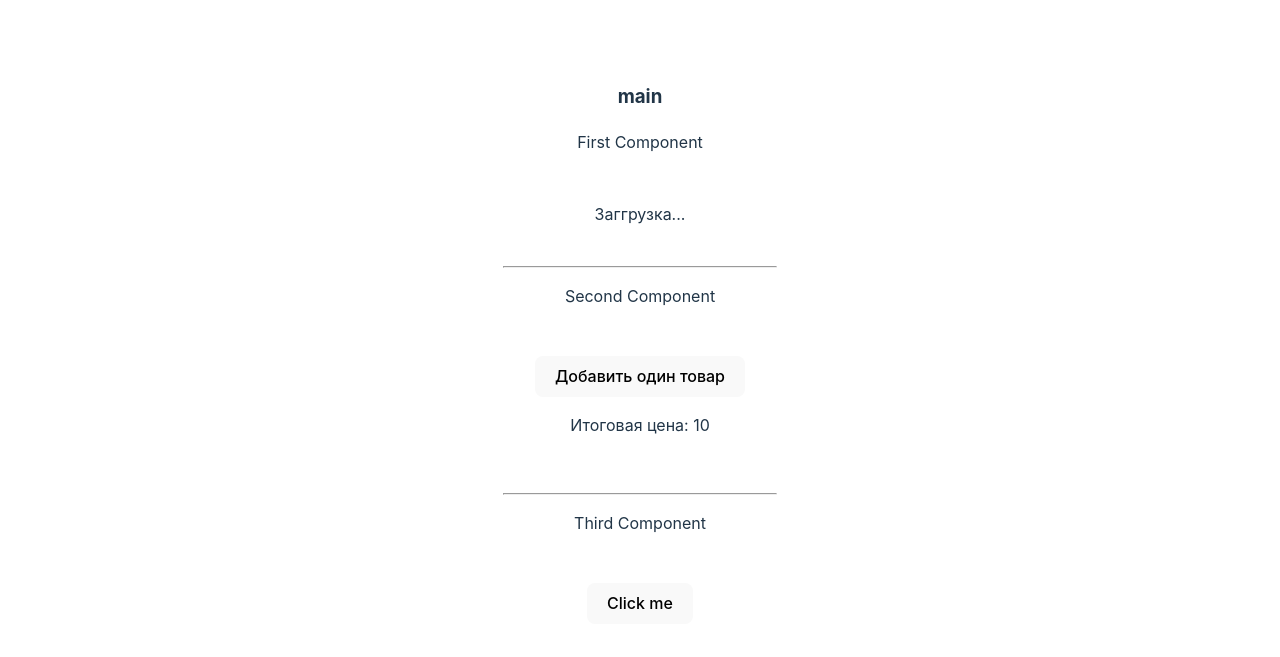
Repository: iveivs/ninim
Page: / (app in top-mistakes/)
The author's editor kept a copy of each file at every save. The page is drawn from the files as they stood at one save, then again after a run of saves.
The browser window is 1280 px wide. The pictures show the whole page.
The page's requests for data from a server got no answer. The project was rebuilt for these pictures with package versions that can differ from the ones it lists, and the page was loaded fresh each time. No one was signed in, and anything a server would have sent is missing. Also part of the build but not shown: top-mistakes/vite.config.js.

Above is the page before, as saved 2024-02-03 19:04:54.

After the next 2 saves:
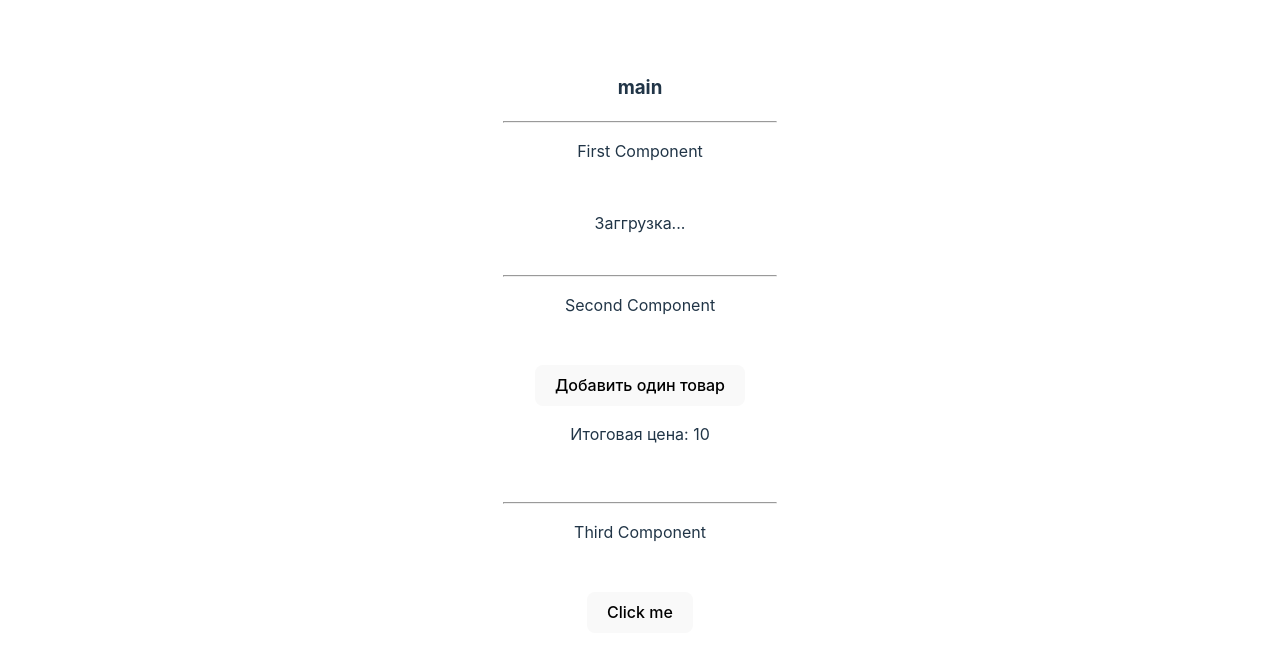
The 2 saves are shown as one change because they came seconds apart.
The last was saved 15 s later.
--- a/top-mistakes/src/App.jsx
+++ b/top-mistakes/src/App.jsx
@@ -11,6 +11,7 @@ function App() {
   return (
     <>
       <h3>main</h3>
+      <hr />
       <First />
       <hr />
       <Second  />
